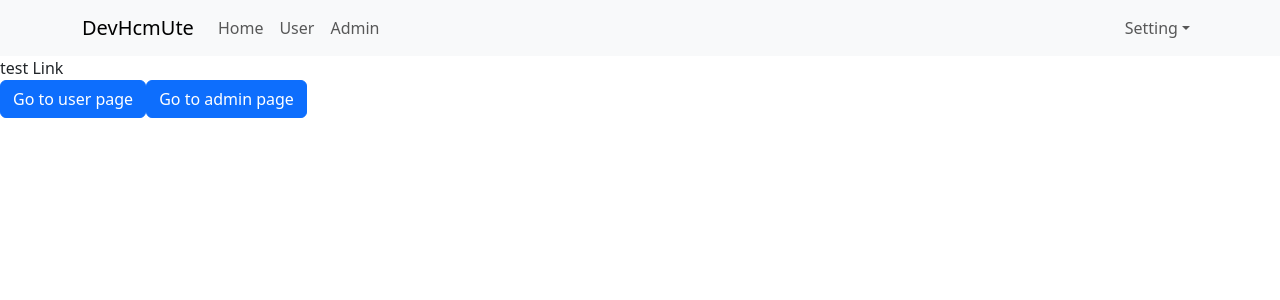
Repository: nnbxxx/React-Untimate
Page: /
The author's editor kept a copy of each file at every save. The page is drawn from the files as they stood at one save, then again after a run of saves.
The browser window is 1280 px wide. The pictures show the whole page.
The project was rebuilt for these pictures with package versions that can differ from the ones it lists, and the page was loaded fresh each time.

Above is the page before, as saved 2023-04-11 16:19:59.

After the next 3 saves:
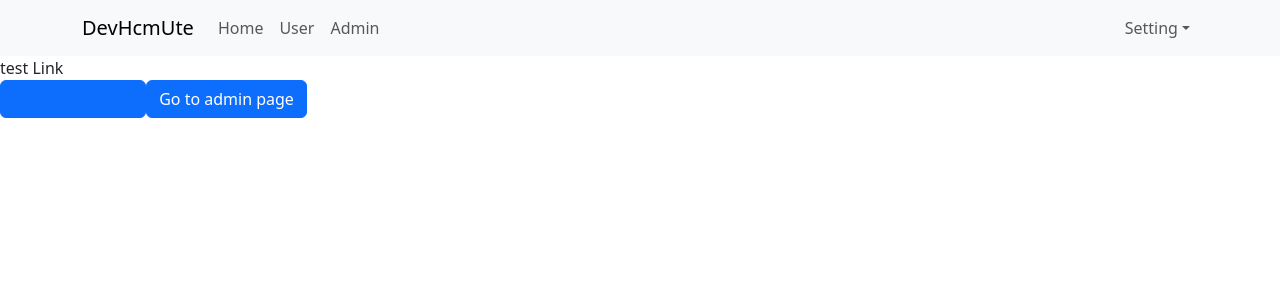
The 3 saves are shown as one change because they came seconds apart.
The last was saved 51 s later.
--- a/src/App.js
+++ b/src/App.js
@@ -10,7 +10,9 @@ const App = () => {
       <div>
         test Link
         <div>
-          <Button className='btn btn-primary'>Go to user page</Button>
+          <Button className='btn btn-primary'>
+            <Link to='./users'>Go to user page</Link>
+          </Button>
           <Button className='btn btn-primary'>Go to admin page</Button>
         </div>
       </div>
